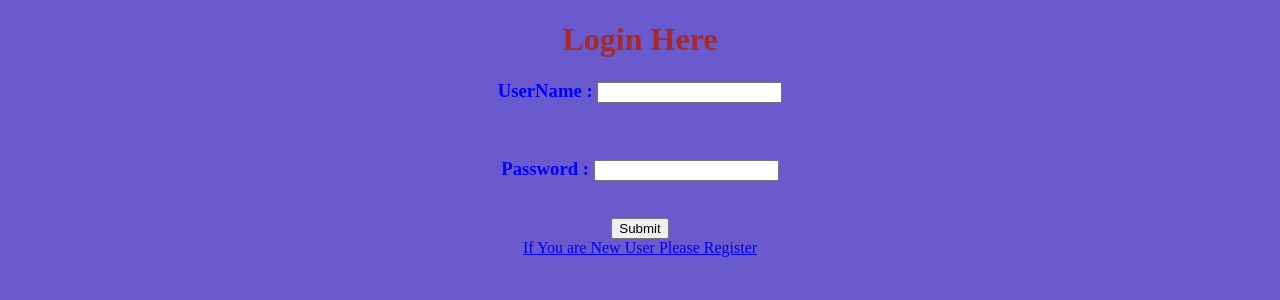
Repository: priyankamergu/MyAllProjects
Page: http://localhost/NewTrainingServlet/Login.jsp
The author's editor kept a copy of each file at every save. The page is drawn from the files as they stood at one save, then again after the next save.
The browser window is 1280 px wide. The pictures show the whole page.
The page is served by Tomcat 9.

Above is the page before, as saved 2019-11-07 16:04:37.

After the next save:
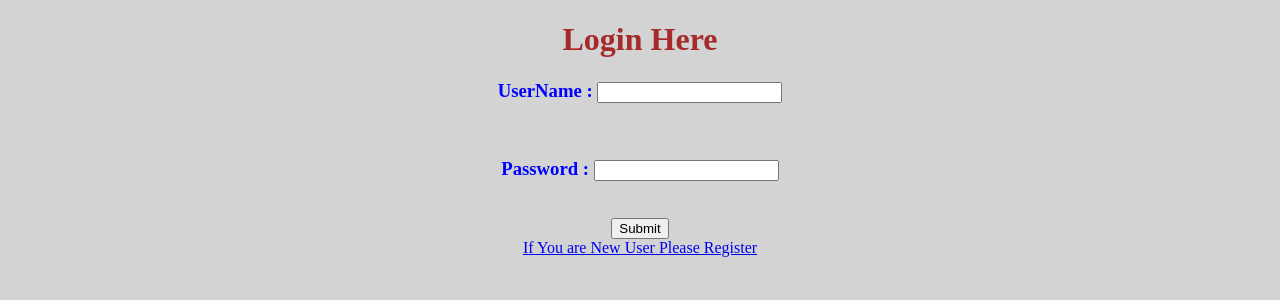
Saved 17 s later.
--- a/Workspace_JEE7_WEB/NewTrainingServlet/WebContent/Login.jsp
+++ b/Workspace_JEE7_WEB/NewTrainingServlet/WebContent/Login.jsp
@@ -6,7 +6,7 @@
 <meta charset="ISO-8859-1">
 <title>Insert title here</title>
 <style>
-body {background-color: slateblue;}
+body {background-color: lightgray;}
 h3   {color: blue;}
 h1   {color: brown;}
 p    {color: red;}
